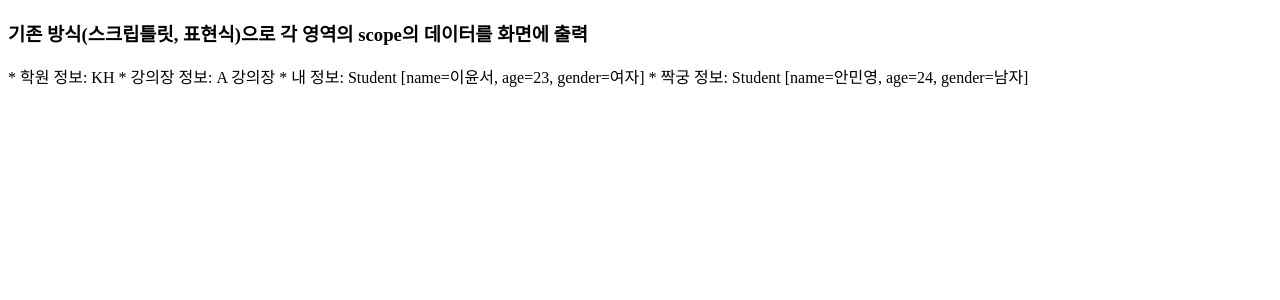
Repository: yoonseo0832/workspace
Page: http://localhost/2_jsp/el.do
An editor plug-in stored every save of this project. The page is shown before and after the next save, followed by the edit.
The browser window is 1280 px wide. The pictures show the whole page.
The page is served by Tomcat 9.

Above is the page before, as saved 2025-03-20 03:26:24.

### 05_server/2_jsp/src/main/webapp/views/2_EL/1_el.jsp
<%@ page language="java" contentType="text/html; charset=UTF-8"
    pageEncoding="UTF-8"%>
<%@ page import="model.vo.Student" %> <!-- 여러 개는 ,로 구분 -->
<!DOCTYPE html>
<html>
<head>
<meta charset="UTF-8">
<title>EL 기본 문법</title>
</head>
<body>
	<h3>기존 방식(스크립틀릿, 표현식)으로 각 영역의 scope의 데이터를 화면에 출력</h3>
	<%
		//request scope의 데이터를 가져오기
		String classroom = (String)request.getAttribute("classroom");
		Student student = (Student)request.getAttribute("student");

		// session scope 의 데이터 가져오기
		String academy = (String)session.getAttribute("academy");
		Student std2 = (Student)session.getAttribute("student2");
	%>

	<p>
		* 학원 정보: <%=academy %>
		* 강의장 정보:  <%=classroom %>
		* 내 정보: <%=std2 %>
		* 짝궁 정보: <%=student %>
	</p>
</body>
</html>

### 05_server/2_jsp/src/main/java/controller/ELServlet.java
package controller;

import java.io.IOException;

import javax.servlet.ServletContext;
import javax.servlet.ServletException;
import javax.servlet.annotation.WebServlet;
import javax.servlet.http.HttpServlet;
import javax.servlet.http.HttpServletRequest;
import javax.servlet.http.HttpServletResponse;
import javax.servlet.http.HttpSession;

import model.vo.Student;

/**
 * Servlet implementation class ELServlet
 */
@WebServlet("/el.do")
public class ELServlet extends HttpServlet {
	private static final long serialVersionUID = 1L;

    /**
     * @see HttpServlet#HttpServlet()
     */
    public ELServlet() {
        super();
        // TODO Auto-generated constructor stub
    }

	/**
	 * @see HttpServlet#doGet(HttpServletRequest request, HttpServletResponse response)
	 */
	protected void doGet(HttpServletRequest request, HttpServletResponse response) throws ServletException, IOException {
		// TODO Auto-generated method stub
		/*
		 * JSP 내장 객체 종류
		 * => 데이터를 담을 수 있는 공간
		 *
		 * 1)  ServletContext (application scope)
		 * 		: 한 어플리케이션 당 1개 존재하는 객체
		 * 		해당 영역에 데이터를 담을 경우 어플리케이션 전역에서 사용 가능
		 * 2) HttpSession (session scope)
		 * 		: 한 브라우저 당 1개 존재하는 객체
		 * 		해당 영역에 데이터를 담을 경우 jsp/servlet 단에서 사용 가능*(공유 가능 범위)
		 * 3) HttpServletRequest (request scope)
		 * 		: 요청마다 매번 생성되는 객체
		 * 		해당 영역에 데이터를 담을 경우 request 객체를 포워딩 받는 응답 jsp에서만 사용 가능
		 * 4) PageContext (page scope)
		 * 		:  jsp 마다 존재하는 객체
		 * 		해당 페이지에서만 사용 가능
		 * ---------------------------------------------------------------------
		 * 위의 4개의 객체들에
		 * 		데이터를 담을 때 xxx.setAttribute("키값", "데이터");
		 * 		데이터를 꺼낼 때 xxx.getAttribute("키값");
		 * 		데이터를 지울 때 xxx.removeAttribute("키값");
		 */

		// request scope 에 데이터 담기
		request.setAttribute("classroom", "A 강의장");
		request.setAttribute("student", new Student("안민영", 24, "남자"));

		//session scope 에 데이터 담기
		HttpSession session = request.getSession();

		session.setAttribute("academy", "KH");

		session.setAttribute("student2", new Student("이윤서", 23, "여자"));

		// request, session scope에 동일한 키값으로 데이터 담기
		request.setAttribute("scope", "request!");
		request.setAttribute("scope", "session!");

		// application scope 에 데이터 담기
		ServletContext application = request.getServletContext();
		application.setAttribute("scope", "application!");

		// jsp 페이지로 응답하기
		request.getRequestDispatcher("/views/2_EL/1_el.jsp").forward(request, response);
	}

	/**
	 * @see HttpServlet#doPost(HttpServletRequest request, HttpServletResponse response)
	 */
	protected void doPost(HttpServletRequest request, HttpServletResponse response) throws ServletException, IOException {
		// TODO Auto-generated method stub
		doGet(request, response);
	}

}

### 05_server/2_jsp/src/main/java/model/vo/Student.java
package model.vo;

public class Student {
	private String name;
	private int age;
	private String gender;

	public Student() {
		super();
	}

	public Student(String name, int age, String gender) {
		this.name = name;
		this.age = age;
		this.gender = gender;
	}

	public String getName() {
		return name;
	}

	public void setName(String name) {
		this.name = name;
	}

	public int getAge() {
		return age;
	}

	public void setAge(int age) {
		this.age = age;
	}

	public String getGender() {
		return gender;
	}

	public void setGender(String gender) {
		this.gender = gender;
	}

	@Override
	public String toString() {
		return "Student [name=" + name + ", age=" + age + ", gender=" + gender + "]";
	}

}

After the next save:
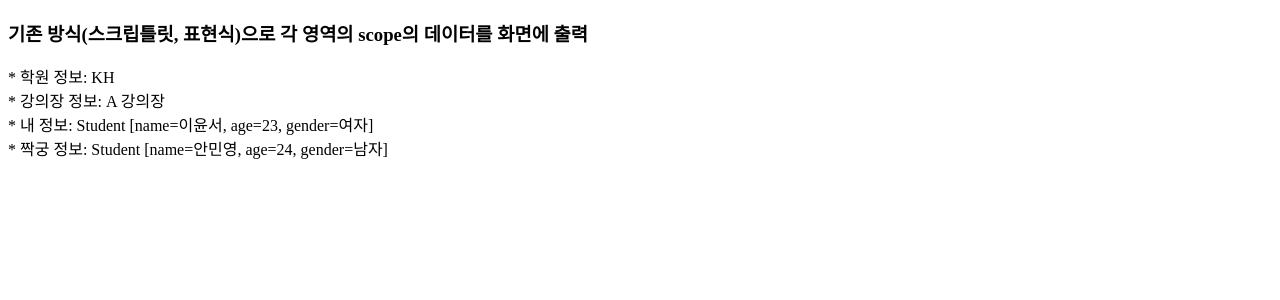
Saved 20 s later.
--- a/05_server/2_jsp/src/main/webapp/views/2_EL/1_el.jsp
+++ b/05_server/2_jsp/src/main/webapp/views/2_EL/1_el.jsp
@@ -20,10 +20,10 @@
 	%>
 
 	<p>
-		* 학원 정보: <%=academy %>
-		* 강의장 정보:  <%=classroom %>
-		* 내 정보: <%=std2 %>
-		* 짝궁 정보: <%=student %>
+		* 학원 정보: <%=academy %><br>
+		* 강의장 정보:  <%=classroom %><br>
+		* 내 정보: <%=std2 %><br>
+		* 짝궁 정보: <%=student %><br>
 	</p>
 </body>
 </html>
